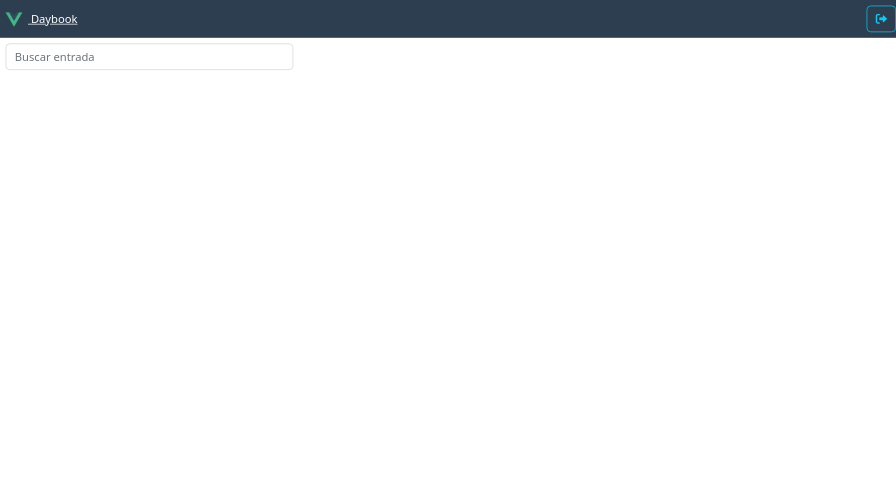
Repository: Osquitranki/jornal
Page: /#/daybook
These files come from the project's save history. The page is drawn as it stood at one moment and after a run of saves; the edit follows.
The browser window is 1280 px wide. The pictures show the part of the page from y = 0 to 1920 px (the page is 720 px tall before and 4739 px after), at 70% of full size.
The project was rebuilt for these pictures with package versions that can differ from the ones it lists, and the page was loaded fresh each time. Also part of the build but not shown: vue.config.js, src/views/HomeView.vue.

Above is the page before, as saved 2022-12-20 15:49:36.

### public/index.html
<!DOCTYPE html>
<html lang="">
  <head>
    <meta charset="utf-8">
    <meta http-equiv="X-UA-Compatible" content="IE=edge">
    <meta name="viewport" content="width=device-width,initial-scale=1.0">
    <link rel="icon" href="<%= BASE_URL %>favicon.ico">
    <title><%= htmlWebpackPlugin.options.title %></title>
    <link rel="stylesheet" href="https://cdnjs.cloudflare.com/ajax/libs/font-awesome/6.2.0/css/all.min.css"
      integrity="sha512-xh6O/CkQoPOWDdYTDqeRdPCVd1SpvCA9XXcUnZS2FmJNp1coAFzvtCN9BmamE+4aHK8yyUHUSCcJHgXloTyT2A=="
      crossorigin="anonymous" referrerpolicy="no-referrer" />
  </head>
  <body>
    <noscript>
      <strong>We're sorry but <%= htmlWebpackPlugin.options.title %> doesn't work properly without JavaScript enabled. Please enable it to continue.</strong>
    </noscript>
    <div id="app"></div>
    <!-- built files will be auto injected -->
  </body>
</html>

### src/main.js
import { createApp } from 'vue'
import App from './App.vue'
import router from './router'

import './styles/styles.scss'

createApp(App).use(router).mount('#app')

### src/router/index.js
import { createRouter, createWebHashHistory } from 'vue-router'
import HomeView from '../views/HomeView.vue'

import daybookrouter from '@/modules/daybook/router'
const routes = [
  {
    path: '/',
    name: 'home',
    component: HomeView
  },
  {
    path: '/about',
    name: 'about',
    // route level code-splitting
    // this generates a separate chunk (about.[hash].js) for this route
    // which is lazy-loaded when the route is visited.
    component: () => import(/* webpackChunkName: "about" */ '../views/AboutView.vue')
  },
  {
    path: '/daybook',
    ...daybookrouter
  }
]

const router = createRouter({
  history: createWebHashHistory(),
  routes
})

export default router

### src/styles/styles.scss

$theme-colors: (
  "primary": #2c3e50,
  "secondary": #1d6042,
  "success": #198754,
  "info": #0dcaf0,
  "warning": #ffc107,
  "danger": #dc3545,
  "light": #f8f9fa,
  "dark": #343a40,
);


@import 'node_modules/bootstrap/scss/bootstrap.scss'

### src/modules/daybook/router/index.js
export default {
    name: 'daybook',
    component: () => import(/* webpackChunkName: "about" */ '@/modules/daybook/layouts/DayBookLayout.vue'),
    children: [

    ]
}

### src/modules/daybook/layouts/DayBookLayout.vue
<template>
    <Navbar/>
    <div class="d-flex">
    <div class="col-4">
      <EntryList/>
    </div>
    <div class="col">
      <router-view />
    </div>
  </div>
</template>


<script>
import {defineAsyncComponent} from 'vue'

export default {
     components: {
         Navbar: defineAsyncComponent(() => import('../components/Nav-bar.vue')),
         EntryList: defineAsyncComponent(() => import('../components/Entry-list.vue'))
     }

}
</script>

### src/modules/daybook/components/Nav-bar.vue
<template>
    <nav class="navbar bg-primary">
      <a class="nav-bar-brand text-white">
       <img src="@/assets/logo.png" alt="Vue Logo" class="d-inLine-block align-text-top mx-2" height="24">
       Daybook
      </a>
      <div class="d-flex">
      <button class="btn btn-outline-info">
       <i class="fa fa-sign-out-alt"/>
      </button>
      </div>
    </nav>
</template>

### src/modules/daybook/components/Entry-list.vue
<template>
  <div class="entry-list-container">
    <div class="px-2 pt-2">
        <input type="text" class="form-control" placeholder="Buscar entrada" />
    </div>

  <div class="entry-scrollarea">
    <Entry v-for="item in 100"
        :key="item" />
  </div>

  </div>
</template>

<script>
export default {

}
</script>

<style>

</style>

Loaded but not shown: src/App.vue (common file)

After the next 11 saves:
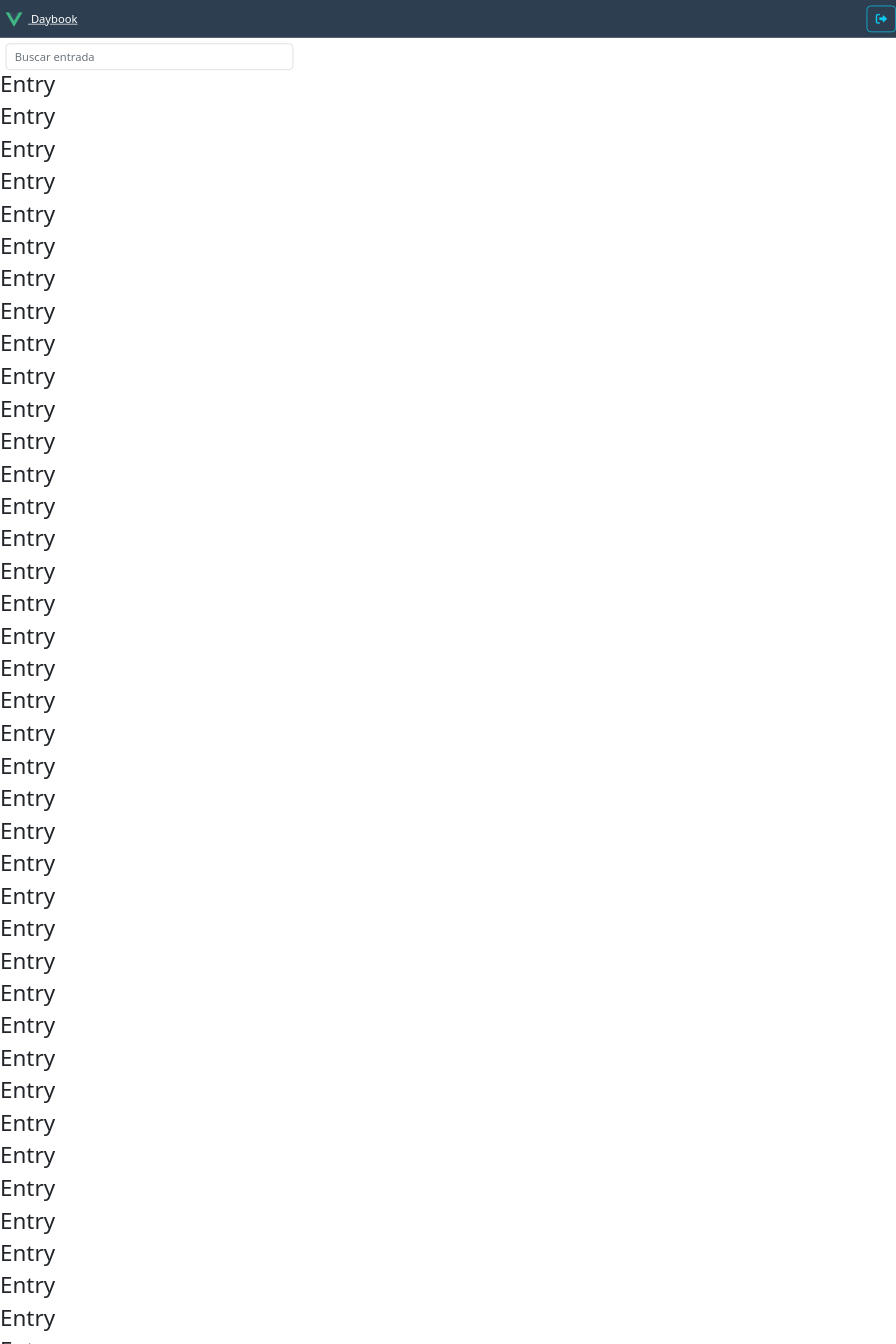
The 11 saves are shown as one change because 2 did not build or start and some came seconds apart.
The last was saved 99 s later.
--- a/src/modules/daybook/components/Entry-list.vue
+++ b/src/modules/daybook/components/Entry-list.vue
@@ -6,7 +6,9 @@
 
   <div class="entry-scrollarea">
     <Entry v-for="item in 100"
-        :key="item" />
+        :key="item">
+        <h2>Entry</h2>
+    </Entry>
   </div>
 
   </div>
